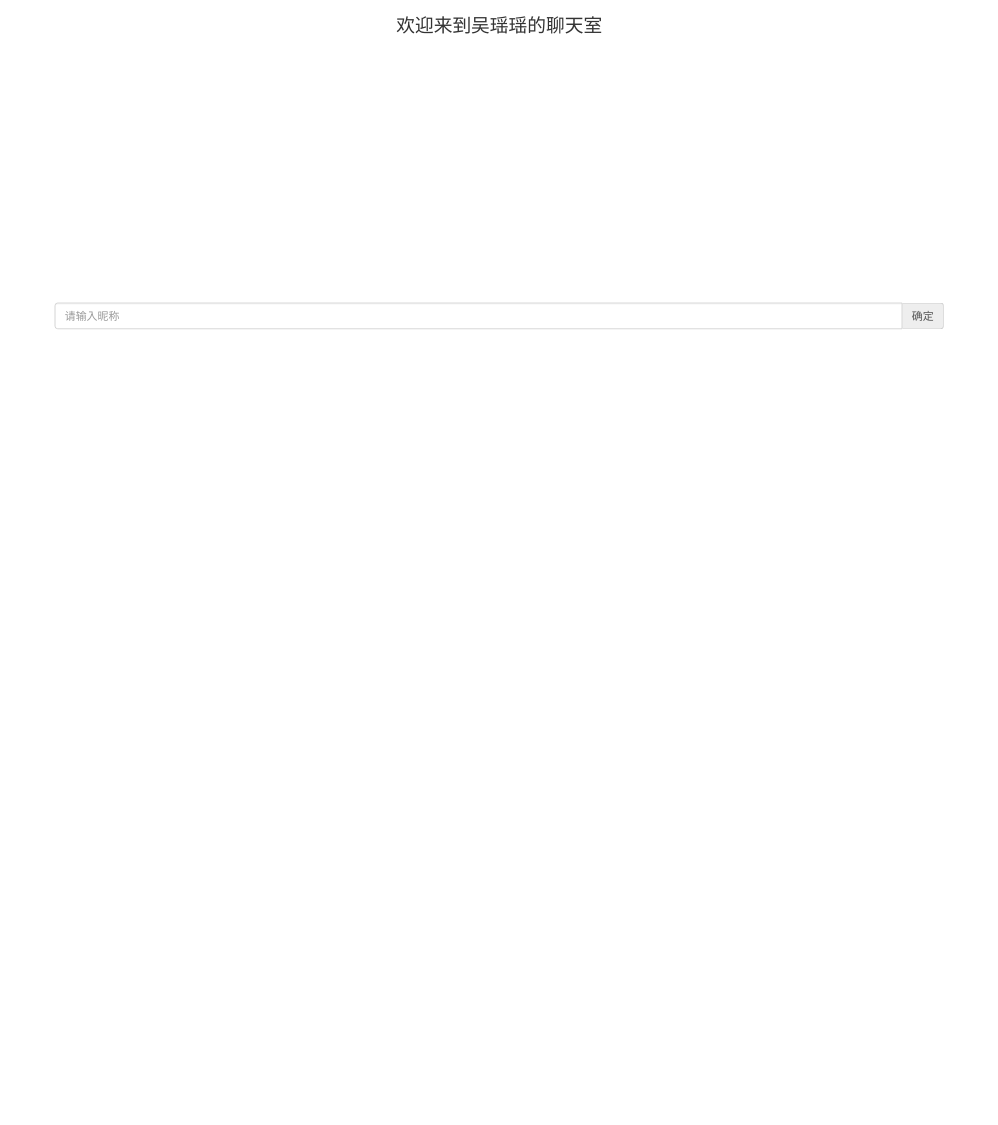
Repository: wyy511/node-socket.io
Page: client.html
An editor plug-in stored every save of this project. The page is shown before and after the next save, followed by the edit.
The browser window is 1280 px wide. The pictures show the whole page, at 78% of full size.
The page's requests for data from a server got no answer. Some web libraries are served in a nearby version.

Above is the page before, as saved 2019-11-21 15:58:18.
Console error (its wording comes from the project's code and is left out).

After the next save:
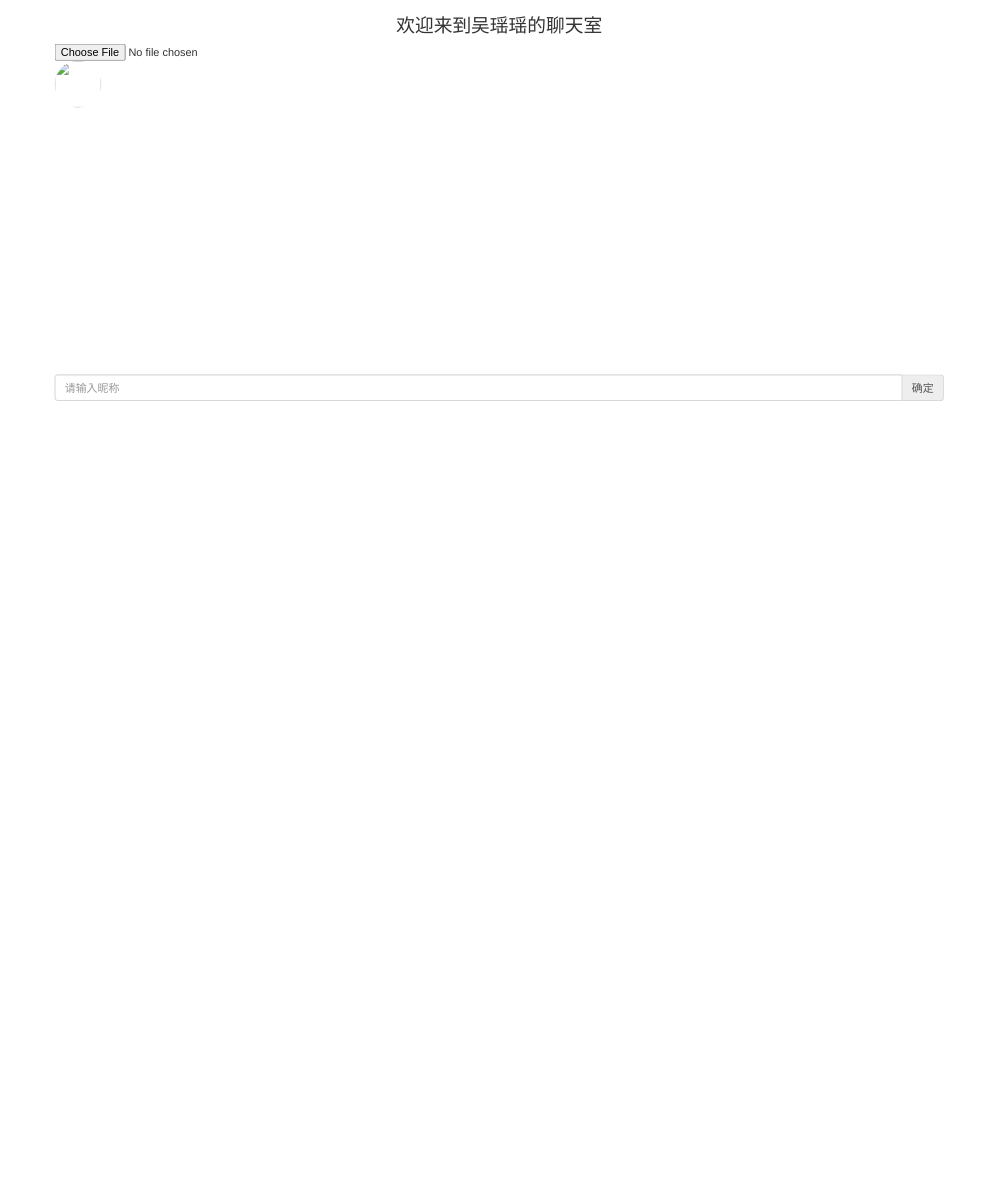
Saved 83 s later.
--- a/client.html
+++ b/client.html
@@ -27,9 +27,6 @@
       border-radius: 50%;
     }
     #msgBox {
-      display: none;
-    }
-    #userInfoBox {
       display: none;
     }
     #content {
@@ -66,18 +63,15 @@
       <h3 class="title">欢迎来到吴瑶瑶的聊天室</h3>
     </header>
     <div id="nameBox">
+      <div class="login-avatar">
+        <input accept="image/png,image/gif,image/jpeg" type="file" onchange='uploadImage(this)'/>
+        <img src="" id="upload-avatar" class="avatar" />
+      </div>
       <div class="input-group login-input">
         <input id="name" class="form-control" type="text" placeholder="请输入昵称" />
         <span id="nameBtn" class="input-group-addon">确定</span>
       </div>
       <div id="imgPreview" style='width: 500px; height: 400px;'>
-      </div>
-    </div>
-    <div id="userInfoBox">
-      <div class="login-avatar">
-        <input accept="image/png,image/gif,image/jpeg" type="file" onchange='uploadImage(this)'/>
-        <img src="" id="upload-avatar" class="avatar" />
-        <button class="" type="button" onclick="submitUserInfo()">提交</button>
       </div>
     </div>
     <div id="content"></div>
@@ -101,10 +95,25 @@
     const nameBtn = document.getElementById('nameBtn');
     const nameEl = document.getElementById('name');
     const msgBox = document.getElementById('msgBox');
-    const userInfoBox = document.getElementById('userInfoBox');
     const nameBox = document.getElementById('nameBox');
     const content = document.getElementById('content');
-
+    nameBtn.onclick = () => {
+      const val = nameEl.value;
+      if (!val) return;
+      name = val;
+      userId = val;
+      socket.emit('changeName', {name, avatar});
+      nameEl.value = '';
+      nameBox.style.display = 'none';
+      msgBox.style.display = 'block';
+    }
+    // 如果客户端监听到socket消息，那么执行这个方法里的回调，且得到广播的消息
+    socket.on("changeName", data => {
+      var p = document.createElement("p");
+      p.className = "content-title";
+      p.innerText = data.msg;
+      content.appendChild(p);
+    })
     // 上传图片部分
     function uploadImage(img) {
       // 生成一个文件读取的对象
@@ -117,12 +126,6 @@
       }
       //发起异步读取文件请求，读取结果为data:url的字符串形式，
       reader.readAsDataURL(img.files[0]);
-    }
-    function submitUserInfo () {
-      if (!avatar) return;
-      socket.emit('changeUserInfo', {name, avatar});
-      userInfoBox.style.display = 'none';
-      msgBox.style.display = 'block';
     }
     function enterChart (e) {
       if (e.keyCode === 13) {
@@ -139,16 +142,6 @@
         msg: val
       });
     }
-    nameBtn.onclick = () => {
-      const val = nameEl.value;
-      if (!val) return;
-      name = val;
-      userId = val;
-      socket.emit('changeName', {name});
-      nameEl.value = '';
-      nameBox.style.display = 'none';
-      userInfoBox.style.display = 'block';
-    }
     // 如果客户端监听到socket消息，那么执行这个方法里的回调，且得到广播的消息
     socket.on("chat", (data) => {
       var p = document.createElement("p");
@@ -161,13 +154,6 @@
       }
       content.appendChild(p);
     })
-    // 如果客户端监听到socket消息，那么执行这个方法里的回调，且得到广播的消息
-    socket.on("changeTitle", data => {
-      var p = document.createElement("p");
-      p.className = "content-title";
-      p.innerText = data.msg;
-      content.appendChild(p);
-    })
   </script>
 </body>
 </html>
